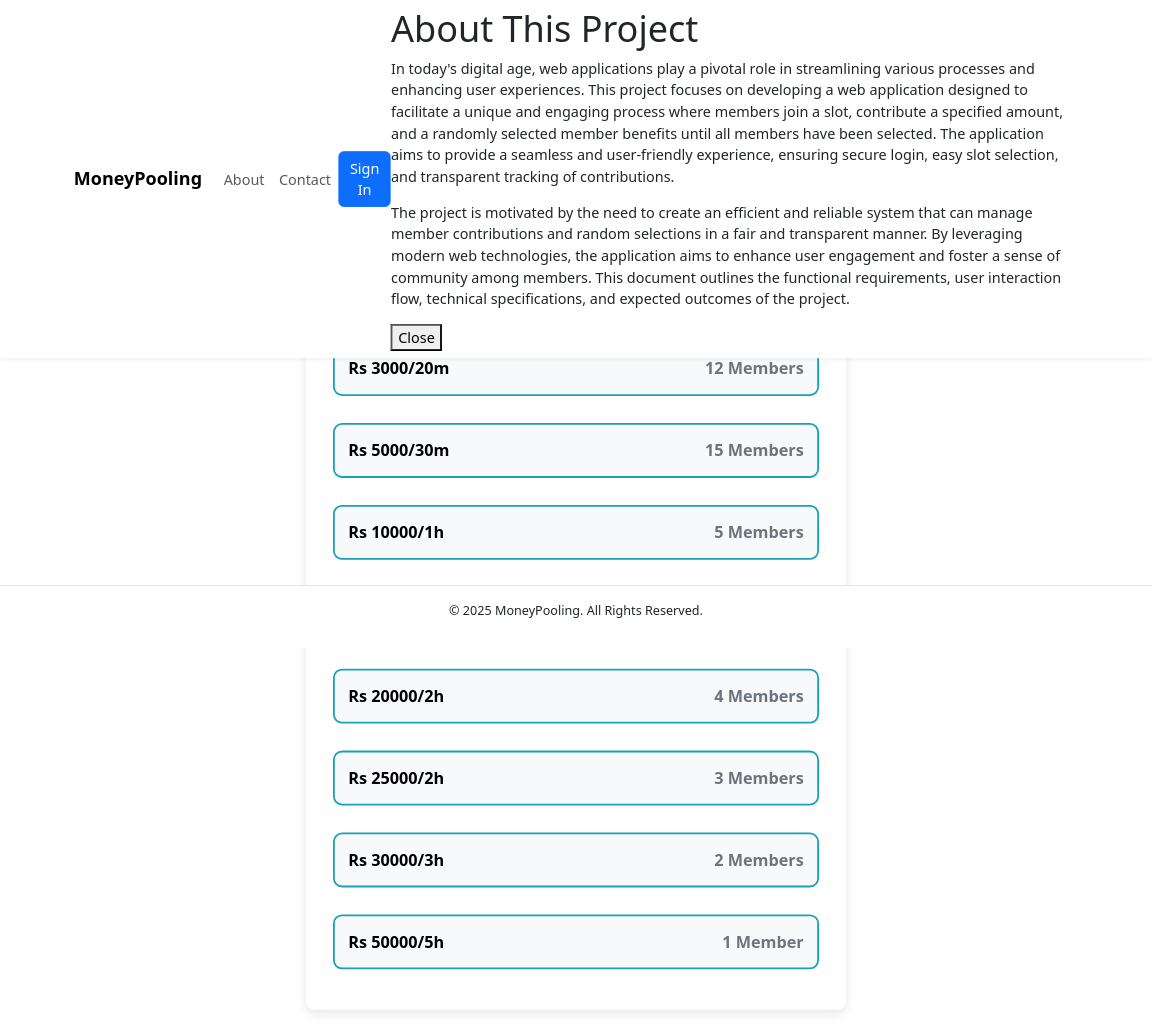
Repository: xxgautm420/MoneyPool
Page: templates/Index.html
These files come from the project's save history. The page is drawn as it stood at one moment and after a run of saves; the edit follows.
The browser window is 1280 px wide. The pictures show the whole page, at 90% of full size.
The page is served by the project's application, run on Flask 3 (app.py). The template is opened directly, without the code that normally fills it, so the values that code supplies are empty.

Above is the page before, as saved 2025-03-02 11:19:40.

After the next 2 saves:
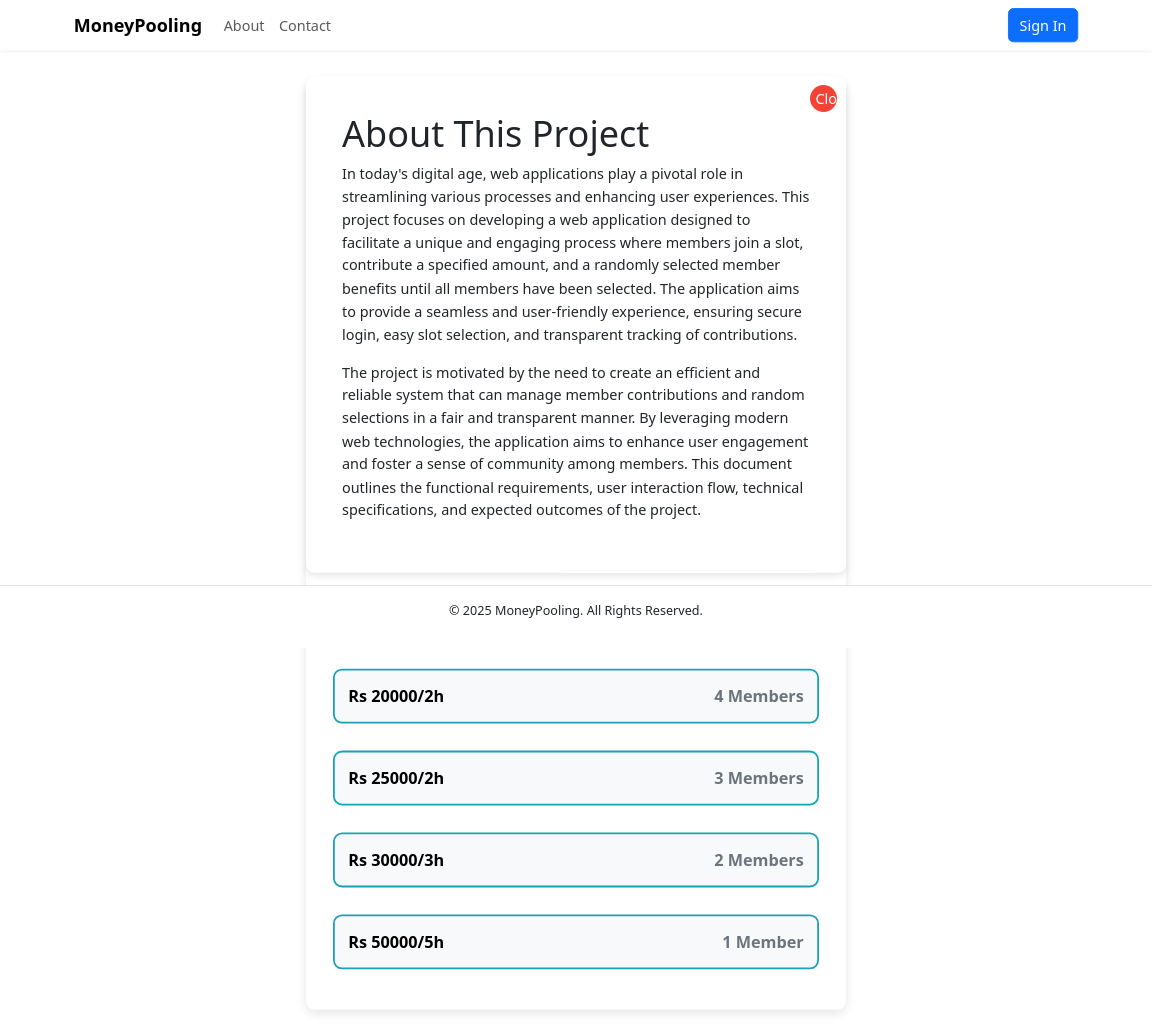
The 2 saves are shown as one change because they came seconds apart.
The last was saved 22 s later.
--- a/static/Css/style.css
+++ b/static/Css/style.css
@@ -146,14 +146,47 @@ footer {
 }
 
 /* About Form Container */
-#aboutFormContainer .login-box {
-    background: white;
-    padding: 20px;
-    border-radius: 10px;
-    box-shadow: 0 4px 12px rgba(0, 0, 0, 0.3);
-    text-align: center;
+.about-container {
+    position: fixed;
+    top: 50%;
+    left: 50%;
+    transform: translate(-50%, -50%);
     width: 80%;
     max-width: 600px;
-    max-height: 80%; /* Ensure the about form box doesn't exceed the height */
-    overflow-y: auto; /* Enable scrolling within the about form box if needed */
+    background-color: white;
+    border-radius: 10px;
+    box-shadow: 0 4px 8px rgba(0, 0, 0, 0.1);
+    overflow: auto;
+    max-height: 90vh;
+    padding: 20px;
 }
+
+.about-box {
+    padding: 20px;
+}
+
+.about-container h1 {
+    margin-top: 0;
+}
+
+.about-container p {
+    line-height: 1.6;
+}
+
+.close-button {
+    position: absolute;
+    top: 10px;
+    right: 10px;
+    background-color: #f44336;
+    color: white;
+    border: none;
+    border-radius: 50%;
+    width: 30px;
+    height: 30px;
+    cursor: pointer;
+    font-size: 16px;
+}
+
+.close-button:hover {
+    background-color: #d32f2f;
+}
